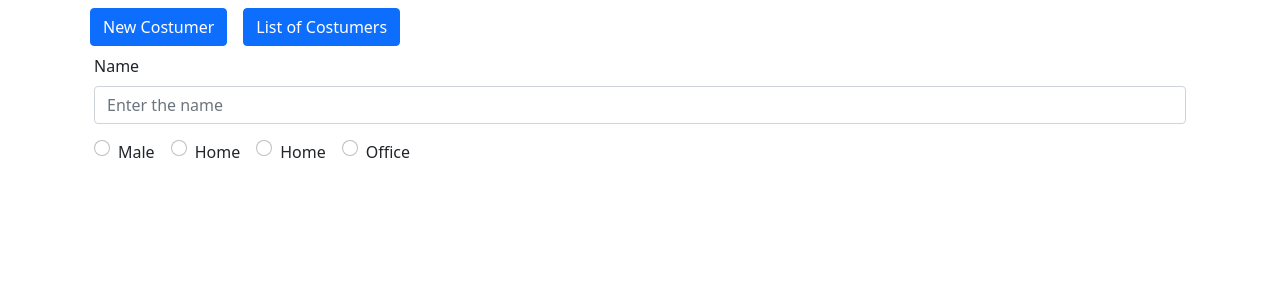
Repository: Sanjayjangra88/combo_app
Page: /, after clicking the first element matching `button.btn`
The author's editor kept a copy of each file at every save. The page is drawn from the files as they stood at one save, then again after the next save.
The browser window is 1280 px wide. The pictures show the whole page.
Some web libraries are served in a nearby version. The project was rebuilt for these pictures with package versions that can differ from the ones it lists, and the page was loaded fresh each time. Also part of the build but not shown: src/App.js.

Above is the page before, as saved 2022-06-04 12:56:43.

### public/index.html
<!DOCTYPE html>
<html lang="en">
  <head>
    <meta charset "UTF-8" />
    <link rel="icon" href="%PUBLIC_URL%/favicon.ico" />
    <meta name="viewport" content="width=device-width, initial-scale=1" />
    <meta name="theme-color" content="#000000" />
    <meta
      name="description"
      content="Web site created using create-react-app"
    />
    <link rel="apple-touch-icon" href="%PUBLIC_URL%/logo192.png" />
    <!--
      manifest.json provides metadata used when your web app is installed on a
      user's mobile device or desktop. See https://developers.google.com/web/fundamentals/web-app-manifest/
    -->
    <link rel="manifest" href="%PUBLIC_URL%/manifest.json" />
    <link href="https://cdn.jsdelivr.net/npm/bootstrap@5.0.2/dist/css/bootstrap.min.css" rel="stylesheet" integrity="sha384-EVSTQN3/azprG1Anm3QDgpJLIm9Nao0Yz1ztcQTwFspd3yD65VohhpuuCOmLASjC" crossorigin="anonymous">
    <!--
      Notice the use of %PUBLIC_URL% in the tags above.
      It will be replaced with the URL of the `public` folder during the build.
      Only files inside the `public` folder can be referenced from the HTML.

      Unlike "/favicon.ico" or "favicon.ico", "%PUBLIC_URL%/favicon.ico" will
      work correctly both with client-side routing and a non-root public URL.
      Learn how to configure a non-root public URL by running `npm run build`.
    -->
    <!-- Bootstrap CSS -->
    <link rel="stylesheet" href="https://cdn.jsdelivr.net/npm/bootstrap@4.0.0/dist/css/bootstrap.min.css" integrity="sha384-Gn5384xqQ1aoWXA+058RXPxPg6fy4IWvTNh0E263XmFcJlSAwiGgFAW/dAiS6JXm" crossorigin="anonymous">

    <title>React App</title>
  </head>
  <body>
    <noscript>You need to enable JavaScript to run this app.</noscript>
    <div id="root"></div>
    <script src="https://kit.fontawesome.com/9e06ebf41f.js" crossorigin="anonymous"></script>
    <!--
      This HTML file is a template.
      If you open it directly in the browser, you will see an empty page.

      You can add webfonts, meta tags, or analytics to this file.
      The build step will place the bundled scripts into the <body> tag.

      To begin the development, run `npm start` or `yarn start`.
      To create a production bundle, use `npm run build` or `yarn build`.
    -->
    <script src="https://code.jquery.com/jquery-3.2.1.slim.min.js" integrity="sha384-KJ3o2DKtIkvYIK3UENzmM7KCkRr/rE9/Qpg6aAZGJwFDMVNA/GpGFF93hXpG5KkN" crossorigin="anonymous"></script>
    <script src="https://cdn.jsdelivr.net/npm/popper.js@1.12.9/dist/umd/popper.min.js" integrity="sha384-ApNbgh9B+Y1QKtv3Rn7W3mgPxhU9K/ScQsAP7hUibX39j7fakFPskvXusvfa0b4Q" crossorigin="anonymous"></script>
    <script src="https://cdn.jsdelivr.net/npm/bootstrap@4.0.0/dist/js/bootstrap.min.js" integrity="sha384-JZR6Spejh4U02d8jOt6vLEHfe/JQGiRRSQQxSfFWpi1MquVdAyjUar5+76PVCmYl" crossorigin="anonymous"></script>
  </body>
</html>

### src/index.js
import React from 'react';
import ReactDOM from 'react-dom';
import './index.css';
import App from './App';
import reportWebVitals from './reportWebVitals';
import 'bootstrap/dist/css/bootstrap.min.css';

import DropDown6 from './Components/dropDown6';

ReactDOM.render(
  <React.StrictMode>
    <DropDown6/>
  </React.StrictMode>,
  document.getElementById('root')
);

// If you want to start measuring performance in your app, pass a function
// to log results (for example: reportWebVitals(console.log))
// or send to an analytics endpoint. Learn more: https://bit.ly/CRA-vitals
reportWebVitals();

### src/Components/dropDown6.jsx
import React, { Component } from 'react'
import DpForm from './dpForm'

export class dropDown extends Component {
  state={
    costumers:[],
    optionArry:{
      delivery:["Home","Office","Pickup"],

  },
      optionSell:{
          delivery:"",


      },
    view:0
  }
  add=()=>{
    console.log("hy")
    let s1={...this.state};
    s1.view=2;
    this.setState(s1);
  }
  show=()=>{
    let s1={...this.state};
    s1.view=1;
    this.setState(s1);

    console.log("hy")
  }
  render() {
    const{costumers,view,optionArry,optionSell}=this.state;
    return (
      <div className='container'>
        <button className='btn btn-primary m-2'onClick={this.add}>New Costumer</button>
        <button className='btn btn-primary m-2'onClick={this.show}>List of Costumers</button><br/>
        {view==1 ?(
        costumers.length<=0?"There are no Costumers":costumers.map((ele)=><ul><li>{ele}</li></ul>))
  :view==2?
  <DpForm costumers={{}}optionSell={optionSell}optionArry={optionArry}/>
  :""}
      </div>
    )
  }
}

export default dropDown

### src/App.css
*{
  margin: 0;
  padding: 0;
}
.slidebar{
  position: absolute;
  background-color: rgb(168, 165, 165);
  height: 100vh;
  width: 30vh;
  margin-right: 5px;
  transition: transform 0.3s ease-in;


}
.slidebar  li a{
  text-decoration: none;
  color:white;
}
.slidebar  li{
  list-style: none;
  font-size: 20px;
  padding: 13px 0;
  color:white;
}
.box{
  margin-left: 32vh;
}
div.d-flex.justify-content-between{
  margin-left: 30vh;
}

.th1{
  background-color: black;
  color: white;
  border: 1px solid black;
  text-align: center;
  padding-left: 15px;
  padding-right: 15px;
}
.col1 {
  border: 1px solid black;
  text-align: center;
  padding-left: 15px;
  padding-right: 15px;
}

### src/Components/dpForm.jsx
import React, { Component } from 'react'

export class dpForm extends Component {
    state={
        costumers:this.props.costumers,

    }
    handelChange=(e)=>{
        const {currentTarget:input}=e;
        let s1={...this.state};
        s1.costumers[input.name]=input.value;

        this.setState(s1);
    }
  render() {
      const{name,gender,del}=this.state.costumers;
      const{optionArry,optionSell}=this.props;
    return (
      <div className='container'>
           <div className="form-group">
                    <label>Name</label>
                    <input type="text"className="form-control"name="name"id="name"value={name} placeholder='Enter the name'onChange={this.handelChange} />
                </div>
                <div className="form-check form-check-inline">
                    <input
                    className="form-check-input"
                    type="radio"
                    name="gender"
                    value="Male"
                    checked={gender==="Male"}
                    onChange={this.handelChange}/>
                    <label className="form-check-label">Male</label>
                </div>
                <div className="form-check form-check-inline">
                    <input
                    className="form-check-input"
                    type="radio"
                    name="gender"
                    value="Female"
                    checked={gender==="Female"}
                    onChange={this.handelChange}/>
                    <label className="form-check-label">Home</label>
                </div>
                <div className="form-check form-check-inline">
                    <input
                    className="form-check-input"
                    type="radio"
                    name="del"
                    value="Home"
                    checked={del==="Home"}
                    onChange={this.handelChange}/>
                    <label className="form-check-label">Home</label>
                </div>
                <div className="form-check form-check-inline">
                    <input
                    className="form-check-input"
                    type="radio"
                    name="del"
                    value="Office"
                    checked={del==="Office"}
                    onChange={this.handelChange}/>
                    <label className="form-check-label">Office</label>
                </div>

      </div>
    )
  }

}

export default dpForm

Loaded but not shown: src/index.css (common file); src/reportWebVitals.js (common file)

After the next save:
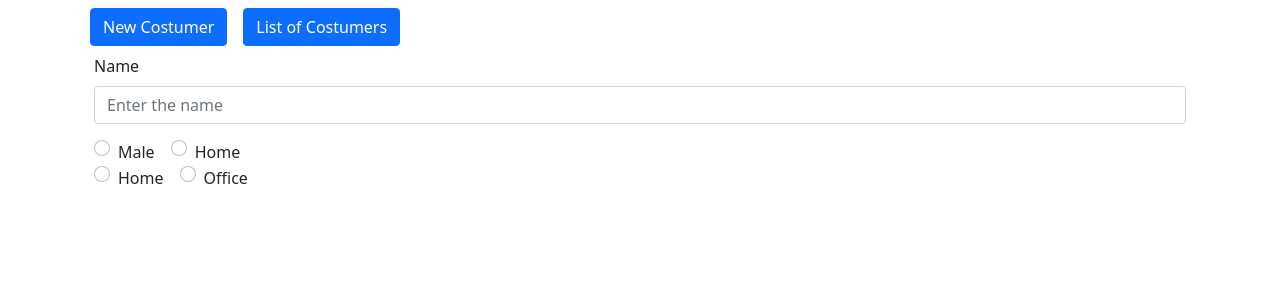
Saved 39 s later.
--- a/src/Components/dpForm.jsx
+++ b/src/Components/dpForm.jsx
@@ -40,7 +40,7 @@ export class dpForm extends Component {
                     checked={gender==="Female"}
                     onChange={this.handelChange}/>
                     <label className="form-check-label">Home</label>
-                </div>
+                </div><br/>
                 <div className="form-check form-check-inline">
                     <input
                     className="form-check-input"
